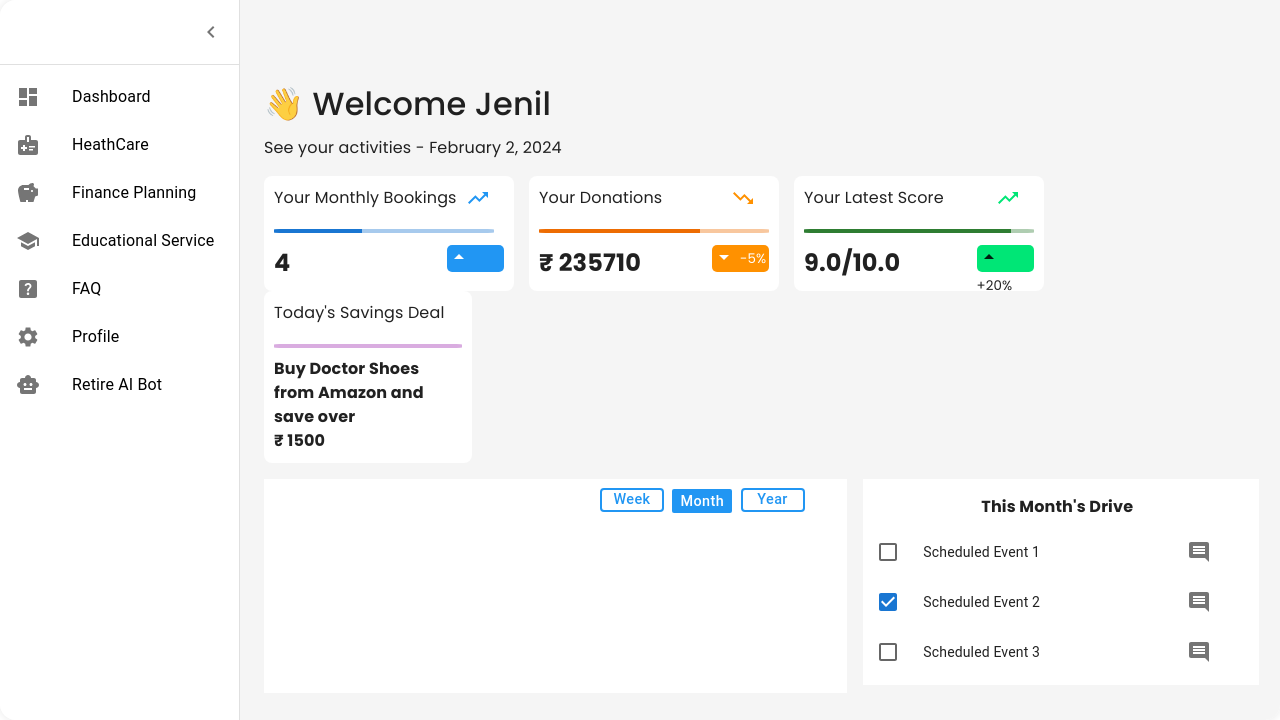
Repository: shubhampirate/Google_Solutions_Edural
Page: /dashboard
The author's editor kept a copy of each file at every save. The page is drawn from the files as they stood at one save, then again after the next save.
The browser window is 1280 px wide. The pictures show the whole page.
The page's requests for data from a server got no answer. The project was rebuilt for these pictures with package versions that can differ from the ones it lists, and the page was loaded fresh each time. Some packages were replaced by stand-ins written for this rebuild. No one was signed in, and anything a server would have sent is missing. Also part of the build but not shown: src/Components/CustomButton.jsx, src/Components/Navbar.jsx, src/Components/Footer.jsx, src/Components/CongratsCard.jsx, src/pages/Hero/Hero.jsx, src/pages/Sign_in.jsx.

Above is the page before, as saved 2024-02-03 17:34:42.

### src/index.js
import React from "react";
import ReactDOM from "react-dom/client";
import "./index.css";
import { GoogleOAuthProvider } from '@react-oauth/google';
import App from "./App";
import { BrowserRouter } from "react-router-dom";
const root = ReactDOM.createRoot(
    document.getElementById("root"));
root.render(
    <BrowserRouter>
<GoogleOAuthProvider clientId="730379698185-cv7a59sok9sod43v04ee6g6pt4gtaea2.apps.googleusercontent.com">
        {/* <React.StrictMode> */}
            <App />
        {/* </React.StrictMode> */}
    </GoogleOAuthProvider>
    </BrowserRouter>

);

### src/App.jsx
import Hero from "./pages/Hero/Hero";
import Dashboard from "./pages/Dashboard/Dashboard";
import SignIn from "./pages/Sign_in";
import {useState} from "react";
import { Route, Routes } from "react-router-dom";
function App() {
  return (
    <>
      {/* <Hero />   */}
      {/* <SignIn /> */}
      <Routes>
        <Route path="/signin" element={<><SignIn /></>} />
        <Route path="/dashboard" element={<><Dashboard /></>} />
        {/* <Route path="/education" element={<><Education /></>} /> */}
        {/* <Route path="/health" element={<><Health /></>} /> */}
        {/* <Route path="/profile" element={<><Profile /></>} /> */}
        {/* <Route path="/finance" element={<><Finance /></>} /> */}
        {/* <Route path="/questions" element={<><Questions /></>} /> */}
        {/* <Route path="/retireaibot" element={<><Bot /></>} /> */}
        <Route path="/" element={<><Hero /></>} />
      </Routes>
         </>
  );
}

export default App;

### src/pages/Dashboard/Dashboard.jsx
import * as React from 'react';
import { styled, createTheme, ThemeProvider } from '@mui/material/styles';
import CssBaseline from '@mui/material/CssBaseline';
import MuiDrawer from '@mui/material/Drawer';
import Box from '@mui/material/Box';
import MuiAppBar from '@mui/material/AppBar';
import Toolbar from '@mui/material/Toolbar';
import {
  LinearProgress, ListItem, CircularProgress, Checkbox, ListItemText, Dialog, DialogActions, DialogContent,
  DialogContentText, DialogTitle, ListItemIcon, ListItemButton
} from '@mui/material';
import TrendingUpIcon from '@mui/icons-material/TrendingUp';
// import { PieChart } from '@mui/x-charts/PieChart';
// import { useDrawingArea } from '@mui/x-charts/hooks';
import TrendingDownIcon from '@mui/icons-material/TrendingDown';
import List from '@mui/material/List';
import Divider from '@mui/material/Divider';
import IconButton from '@mui/material/IconButton';
import ArrowDropUpIcon from '@mui/icons-material/ArrowDropUp';
import ArrowDropDownIcon from '@mui/icons-material/ArrowDropDown';
import Grid from '@mui/material/Grid';
import MenuIcon from '@mui/icons-material/Menu';
import ChevronLeftIcon from '@mui/icons-material/ChevronLeft';
import { mainListItems } from '../../Components/listItems';
import axios from 'axios';
import Button from '@mui/material/Button';
import CommentIcon from '@mui/icons-material/Comment';
import Swal from 'sweetalert2';
import { useState } from 'react';
import { useEffect } from 'react';
// import { Bar } from "react-chartjs-2";
// import { BarElement, CategoryScale, Chart as ChartJS, Legend, LinearScale, Title, Tooltip } from "chart.js";
// import GoogleTranslateComponent from '../../Components/GoogleTranslateComponent';
// import csacc from "../../media/csacc.png"
// import creditscoremodel from "../../media/creditscoremodel.png"
// import creditflow from "../../media/creditflowchart.png"
// ChartJS.register(CategoryScale, LinearScale, BarElement, Title, Tooltip, Legend);

const drawerWidth = 240;

const AppBar = styled(MuiAppBar, {
  shouldForwardProp: (prop) => prop !== 'open',
})(({ theme, open }) => ({
  zIndex: theme.zIndex.drawer + 1,
  transition: theme.transitions.create(['width', 'margin'], {
    easing: theme.transitions.easing.sharp,
    duration: theme.transitions.duration.leavingScreen,
  }),
  ...(open && {
    marginLeft: drawerWidth,
    width: `calc(100% - ${drawerWidth}px)`,
    transition: theme.transitions.create(['width', 'margin'], {
      easing: theme.transitions.easing.sharp,
      duration: theme.transitions.duration.enteringScreen,
    }),
  }),
}));

const Drawer = styled(MuiDrawer, { shouldForwardProp: (prop) => prop !== 'open' })(
  ({ theme, open }) => ({
    '& .MuiDrawer-paper': {
      position: 'relative',
      whiteSpace: 'nowrap',
      width: drawerWidth,
      transition: theme.transitions.create('width', {
        easing: theme.transitions.easing.sharp,
        duration: theme.transitions.duration.enteringScreen,
      }),
      boxSizing: 'border-box',
      ...(!open && {
        overflowX: 'hidden',
        transition: theme.transitions.create('width', {
          easing: theme.transitions.easing.sharp,
          duration: theme.transitions.duration.leavingScreen,
        }),
        width: theme.spacing(7),
        [theme.breakpoints.up('sm')]: {
          width: theme.spacing(9),
        },
      }),
    },
  }),
);

var currentDate = new Date();

var months = [
  "January", "February", "March", "April", "May", "June",
  "July", "August", "September", "October", "November", "December"
];

var formattedDate = months[currentDate.getMonth()] + " " + currentDate.getDate() + ", " + currentDate.getFullYear();

const defaultTheme = createTheme();

export default function Dashboard() {
  const [open, setOpen] = React.useState(true);
  const toggleDrawer = () => {
    setOpen(!open);
  };

  const [expensedata, setExpensedata] = useState([])

  useEffect(() => {
    loadList();
  }, []);


  const loadList = async () => {
    const result = await axios.get(`https://wixstocle.pythonanywhere.com/api/expense/`, {
      headers: { "Authorization": `Token 11c868750d92deda81638c5a9a59177bdc7ae41a` },
    });
    console.log(result.data.data);
    setExpensedata(result.data.data);
  }

  const getLabels = () => expensedata.slice(-5).map(data => data.date);

  const getData = (key) => expensedata.slice(-5).map(data => data[key]);

  const optionsexpense = {
    indexAxis: 'x',
    elements: {
      bar: {
        borderWidth: 0,
      },
    },
    responsive: true,
    interaction: {
      mode: 'index',
      intersect: false,
    },
    scales: {
      x: {
        stacked: false,
      },
      y: {
        stacked: false,
      },
    },
    plugins: {
      legend: {
        position: 'top',
      }
    },
  };

  const dataexpense = {
    labels: getLabels(),
    datasets: [
      {
        label: 'Revenue',
        data: getData('income'),
        backgroundColor: '#2196f3',
      },
      {
        label: 'Spendings',
        data: getData('expense'),
        backgroundColor: '#ff9100',
      },
      {
        label: 'Savings',
        data: getData('savings'),
        backgroundColor: '#00e676',
      },
    ],
  };

  const today = new Date();
  const year = today.getFullYear();
  const month = String(today.getMonth() + 1).padStart(2, '0'); // Months are zero-based
  const day = String(today.getDate()).padStart(2, '0');

  const todayDate = `${year}-${month}-${day}`;

  const [userData, setUserData] = React.useState({
    income: '',
    savings: '',
    expense: '',
    date: todayDate,
    user: "tony@gmail.com"
  });

  const handleChangePlan = (field, value) => {
    setUserData((prevData) => ({ ...prevData, [field]: value }));
  };
  const creditscore = 87.4;

  const handlePostData = () => {
    console.log(userData);
    fetch(`https://wixstocle.pythonanywhere.com/api/expense/`, {
      method: 'POST',
      headers: {
        "Authorization": `Token 11c868750d92deda81638c5a9a59177bdc7ae41a`,
        'Content-Type': 'application/json',
      },
      body: JSON.stringify(userData),
    })
      .then((response) => response.json())
      .then((data) => {
        // console.log(data);
        if (data.status == true) {
          Swal.fire({
            icon: 'success',
            title: 'Successfully Saved the details',
            showConfirmButton: false,
            timer: 3000
          })
          setExpensedata([...expensedata, userData]);
        }
        else {
          Swal.fire({
            icon: 'error',
            title: data.message,
            showConfirmButton: false,
            timer: 3000
          })
        }
      });
  };


//   function PieCenterLabel({ children }) {
//     const { width, height, left, top } = useDrawingArea();
//     return (
//       <StyledText x={left + width / 2} y={top + height / 2}>
//         {children}
//       </StyledText>
//     );
//   }

  const [checked, setChecked] = React.useState([1]);

  const handleToggle = (value) => () => {
    const currentIndex = checked.indexOf(value);
    const newChecked = [...checked];

    if (currentIndex === -1) {
      newChecked.push(value);
    } else {
      newChecked.splice(currentIndex, 1);
    }

    setChecked(newChecked);
  };

//   const [openDia, setOpenDia] = useState(false);
//   const handleClickOpenDia = () => { setOpenDia(true); };
//   const handleCloseDia = () => { setOpenDia(false); };


  return (
    <ThemeProvider theme={defaultTheme}>
      <Box sx={{ display: 'flex', borderRadius: '16px', overflow: 'hidden', boxShadow: '0px 0px 10px rgba(0, 0, 0, 0.1)' }} >
        <CssBaseline />
        <AppBar position="absolute" open={open} sx={{ backgroundColor: "whitesmoke", boxShadow: 'none' }}>
          <Toolbar
            sx={{
              pr: '24px', // keep right padding when drawer closed
              display: 'flex',
              alignItems: 'center',
              justifyContent: 'space-between',
            }}>
            <Box sx={{ display: 'flex', alignItems: 'center' }}>
              <IconButton
                edge="start"
                aria-label="open drawer"
                onClick={toggleDrawer}
                sx={{
                  marginRight: '36px',
                  ...(open && { display: 'none' }),
                  backgroundColor: "#fff"
                }}>
                <MenuIcon />
              </IconButton>
            </Box>
          </Toolbar>
        </AppBar>
        <Drawer variant="permanent" open={open}>
          <Toolbar
            sx={{
              display: 'flex',
              alignItems: 'center',
              justifyContent: 'flex-end',
              px: [1],
            }}
          >
            {/* <GoogleTranslateComponent /> */}
            <IconButton onClick={toggleDrawer}>
              <ChevronLeftIcon />
            </IconButton>
          </Toolbar>
          <Divider />
          <List component="nav">
            {mainListItems}
          </List>
        </Drawer>
        <Box
          component="main"
          sx={{
            backgroundColor: (theme) =>
              theme.palette.mode === 'light'
                ? theme.palette.grey[100]
                : theme.palette.grey[900],
            flexGrow: 1,
            height: '100vh',
            overflow: 'auto',
          }}>
          <Toolbar />
          <Grid container spacing={2} marginTop="0.02rem" paddingLeft={3} paddingRight={2}>
            <Grid item xs={12}>
              <div style={{ fontSize: "2rem", fontWeight: "500" }}>👋 Welcome Jenil</div>
            </Grid>
            <Grid item xs={12} marginTop="-0.5rem">
              <div>See your activities - {formattedDate} </div>
            </Grid>
          </Grid>
          <Grid container spacing={2} marginTop="1rem" paddingLeft={5} paddingRight={2}>
            <Grid item xs={12} md={3} style={{ backgroundColor: "white", padding: "10px", marginRight: "15px", borderRadius: "0.5rem" }}>
              <Grid item xs={12}>
                <Grid container>
                  <Grid item xs={10}><div>Your Monthly Bookings</div></Grid>
                  <Grid item xs={2}><TrendingUpIcon sx={{ color: "#2196f3" }} /></Grid>
                </Grid>
                <Grid item xs={12}>
                  <LinearProgress variant="determinate" value={40} sx={{ color: "#2196f3", borderRadius: "10%", margin: "12px 10px 12px 0px" }} />
                </Grid>
                <Grid item xs={12}>
                  <Grid container>
                    <Grid item xs={9}>
                       <div style={{ fontSize: "1.5rem", fontWeight: "550" }}> 4</div>
                    </Grid>
                    <Grid item xs={3} style={{ backgroundColor: "#2196f3", color: "white", borderRadius: "5px", height: "1.65rem" }}>
                      <ArrowDropUpIcon /> <sup>+10%</sup>
                    </Grid>
                  </Grid>
                </Grid>
              </Grid>
            </Grid>
            <Grid item xs={12} md={3} style={{ backgroundColor: "white", padding: "10px", marginRight: "15px", borderRadius: "0.5rem" }}>
              <Grid item xs={12}>
                <Grid container>
                  <Grid item xs={10}><div>Your Donations</div></Grid>
                  <Grid item xs={2}><TrendingDownIcon sx={{ color: "#ff9100" }} /></Grid>
                </Grid>
                <Grid item xs={12}>
                  <LinearProgress variant="determinate" value={70} color='warning' sx={{ borderRadius: "10%", margin: "12px 0px" }} />
                </Grid>
                <Grid item xs={12}>
                  <Grid container>
                    <Grid item xs={9}>
                   <div style={{ fontSize: "1.5rem", fontWeight: "550" }}>₹ 235710</div>
                    </Grid>
                    <Grid item xs={3} style={{ backgroundColor: "#ff9100", color: "white", borderRadius: "5px", height: "1.65rem" }}>
                      <ArrowDropDownIcon /> <sup>-5%</sup>
                    </Grid>
                  </Grid>
                </Grid>
              </Grid>
            </Grid>
            <Grid item xs={12} md={3} style={{ backgroundColor: "white", padding: "10px", marginRight: "15px", borderRadius: "0.5rem" }}>
              <Grid item xs={12}>
                <Grid container>
                  <Grid item xs={10}><div>Your Latest Score</div></Grid>
                  <Grid item xs={2}><TrendingUpIcon sx={{ color: "#00e676" }} /></Grid>
                </Grid>
                <Grid item xs={12}>
                  <LinearProgress variant="determinate" value={90} color="success" style={{ borderRadius: "10%", margin: "12px 0px" }} />
                </Grid>
                <Grid item xs={12}>
                  <Grid container>
                    <Grid item xs={9}>
 <div style={{ fontSize: "1.5rem", fontWeight: "550" }}> 9.0/10.0</div>
                    </Grid>
                    <Grid item xs={3} style={{ backgroundColor: "#00e676", borderRadius: "5px", height: "1.65rem" }}>
                      <ArrowDropUpIcon /> <sup>+20%</sup>
                    </Grid>
                  </Grid>
                </Grid>
              </Grid>
            </Grid>
            <Grid item xs={12} md={2.5} style={{ backgroundColor: "white", padding: "10px", borderRadius: "0.5rem" }}>
              <Grid container spacing={2}>
                <Grid item xs={12}>Today's Savings Deal</Grid>
                <Grid item xs={12}>
                  <LinearProgress variant="determinate" value={0} color='secondary' sx={{ borderRadius: "10%", margin: "3px 0px" }} />
                </Grid>
                <Grid item xs={12} sx={{ fontWeight: "550", marginTop: "-10px" }}>Buy Doctor Shoes from Amazon and save over <br />₹ 1500</Grid>
              </Grid>
            </Grid>
          </Grid>
          <Grid container spacing={2} marginTop="1rem" paddingLeft={5} paddingRight={2} marginBottom={2}>
            <Grid item xs={7} sx={{ backgroundColor: "white", padding: "5px", marginRight: "1rem" }}>
              <Grid container spacing={2} padding={1}>
                <Grid xs={7}></Grid>
                <Grid xs={1.5}><Button style={{
                  borderColor: "#2196f3", color: "#2196f3", height: "1.5rem", textTransform: "capitalize",
                  fontSize: "0.9rem", border: "2px solid", textAlign: "left"
                }}>Week</Button></Grid>
                <Grid xs={1.5}><Button style={{
                  backgroundColor: "#2196f3", color: "white", height: "1.75rem", textTransform: "capitalize",
                  fontSize: "0.9rem", border: "2px solid", textAlign: "left"
                }}>Month</Button></Grid>
                <Grid xs={1}><Button style={{
                  borderColor: "#2196f3", color: "#2196f3", height: "1.5rem", textTransform: "capitalize",
                  fontSize: "0.9rem", border: "2px solid", textAlign: "left"
                }}>Year</Button></Grid>
                <Grid xs={12} marginTop={2}>
                  {/* <Bar options={optionsexpense} data={dataexpense} /> */}
                </Grid>
              </Grid>
            </Grid>
            <Grid item xs={4.75} >
              <Grid container spacing={2} >

                <Grid item xs={12}>
                  <Grid container spacing={2} sx={{ backgroundColor: "white", marginBottom: "0.5rem" }}>
                    <Grid item xs={12} style={{ textAlign: "center", marginLeft: "-0.75rem", fontWeight: "600" }}>This Month's Drive</Grid>
                    <List sx={{ width: '100%', maxWidth: 360, bgcolor: 'background.paper' }}>
                      {[0, 1, 2].map((value) => {
                        const labelId = `checkbox-list-label-${value}`;
                        return (
                          <ListItem
                            key={value}
                            secondaryAction={
                              <IconButton edge="end" aria-label="comments">
                                <CommentIcon />
                              </IconButton>
                            }
                            disablePadding
                          >
                            <ListItemButton role={undefined} onClick={handleToggle(value)} dense>
                              <ListItemIcon>
                                <Checkbox
                                  edge="start"
                                  checked={checked.indexOf(value) !== -1}
                                  tabIndex={-1}
                                  disableRipple
                                  inputProps={{ 'aria-labelledby': labelId }}
                                />
                              </ListItemIcon>
                              <ListItemText id={labelId} style={{ marginLeft: "-0.75rem" }} primary={`Scheduled Event ${value + 1}`} />
                            </ListItemButton>
                          </ListItem>
                        );
                      })}
                    </List>
                  </Grid>
                </Grid>
              </Grid>
            </Grid>
          </Grid>

        </Box>
      </Box >
    </ThemeProvider >
  );
}

### src/Components/listItems.jsx
import * as React from 'react';
import ListItemButton from '@mui/material/ListItemButton';
import ListItemIcon from '@mui/material/ListItemIcon';
import ListItemText from '@mui/material/ListItemText';
import DashboardIcon from '@mui/icons-material/Dashboard';
import MedicalInformationIcon from '@mui/icons-material/MedicalInformation';
import SavingsIcon from '@mui/icons-material/Savings';
import SchoolIcon from '@mui/icons-material/School';
import HelpCenterIcon from '@mui/icons-material/HelpCenter';
import SettingsIcon from '@mui/icons-material/Settings';
import SmartToyIcon from '@mui/icons-material/SmartToy';
import { Link } from 'react-router-dom';
// import GoogleTranslateComponent from './GoogleTranslateComponent';


export const mainListItems = (
  <>
    <React.Fragment>
      <Link to="/dashboard" style={{ textDecoration: "none", color: "black" }}>
        <ListItemButton>
          <ListItemIcon>
            <DashboardIcon />
          </ListItemIcon>
          <ListItemText primary="Dashboard" />
        </ListItemButton>
      </Link>
      <Link to="/health" style={{ textDecoration: "none", color: "black" }}>
        <ListItemButton>
          <ListItemIcon>
            <MedicalInformationIcon />
          </ListItemIcon>
          <ListItemText primary="HeathCare" />
        </ListItemButton>
      </Link>
      <Link to="/finance" style={{ textDecoration: "none", color: "black" }}>
        <ListItemButton>
          <ListItemIcon>
            <SavingsIcon />
          </ListItemIcon>
          <ListItemText primary="Finance Planning" />
        </ListItemButton>
      </Link>
      <Link to="/education" style={{ textDecoration: "none", color: "black" }}>
        <ListItemButton>
          <ListItemIcon>
            <SchoolIcon />
          </ListItemIcon>
          <ListItemText primary="Educational Service" />
        </ListItemButton>
      </Link>
      <Link to="/questions" style={{ textDecoration: "none", color: "black" }}>
        <ListItemButton>
          <ListItemIcon>
            <HelpCenterIcon />
          </ListItemIcon>
          <ListItemText primary="FAQ" />
        </ListItemButton>
      </Link>
      <Link to="/profile" style={{ textDecoration: "none", color: "black" }}>
        <ListItemButton>
          <ListItemIcon>
            <SettingsIcon />
          </ListItemIcon>
          <ListItemText primary="Profile" />
        </ListItemButton>
      </Link>
      <Link to="/retireaibot" style={{ textDecoration: "none", color: "black" }}>
        <ListItemButton>
          <ListItemIcon>
            <SmartToyIcon />
          </ListItemIcon>
          <ListItemText primary="Retire AI Bot" />
        </ListItemButton>
      </Link>
    </React.Fragment >
  </>
);

// export const secondaryListItems = (
//   <React.Fragment>
//     <ListSubheader component="div" inset>
//       Saved reports
//     </ListSubheader>
//     <ListItemButton>
//       <ListItemIcon>
//         <AssignmentIcon />
//       </ListItemIcon>
//       <ListItemText primary="Current month" />
//     </ListItemButton>
//     <ListItemButton>
//       <ListItemIcon>
//         <AssignmentIcon />
//       </ListItemIcon>
//       <ListItemText primary="Last quarter" />
//     </ListItemButton>
//     <ListItemButton>
//       <ListItemIcon>
//         <AssignmentIcon />
//       </ListItemIcon>
//       <ListItemText primary="Year-end sale" />
//     </ListItemButton>
//   </React.Fragment>
// );

Loaded but not shown: public/index.html (common file); src/index.css (common file)

After the next save:
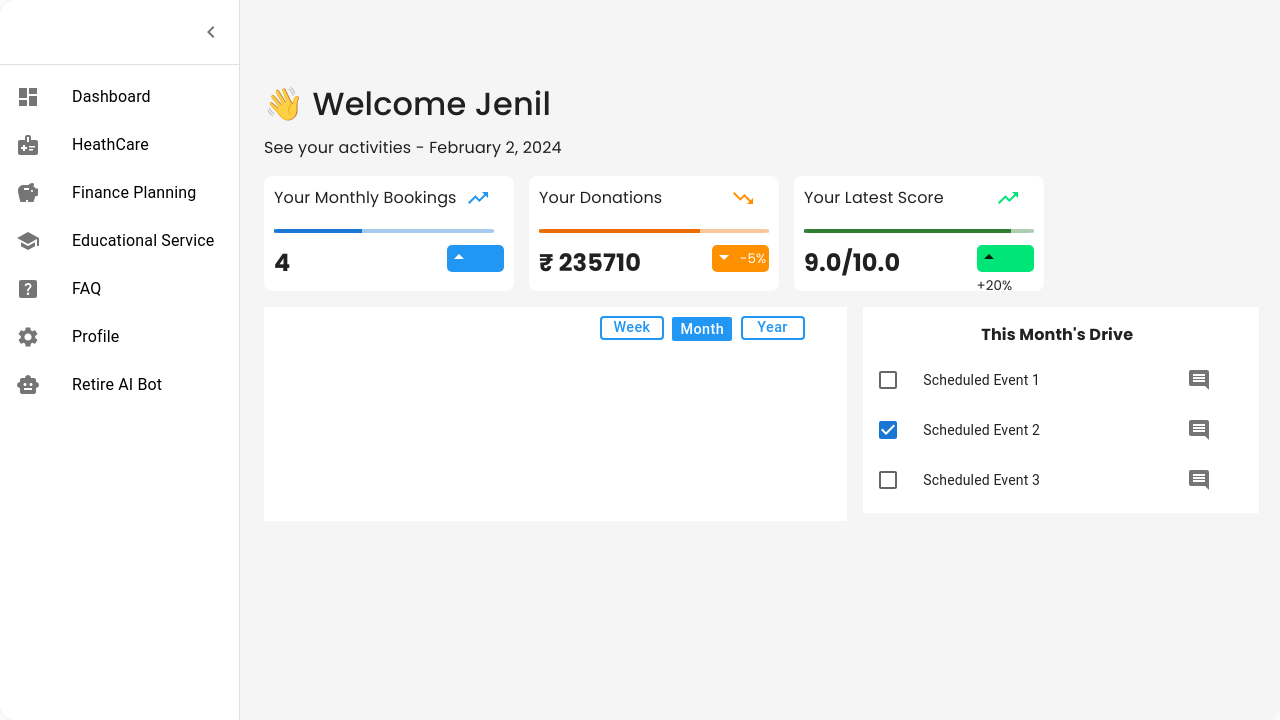
Saved 2 min 0 s later.
--- a/src/pages/Dashboard/Dashboard.jsx
+++ b/src/pages/Dashboard/Dashboard.jsx
@@ -379,15 +379,15 @@ export default function Dashboard() {
                 </Grid>
               </Grid>
             </Grid>
-            <Grid item xs={12} md={2.5} style={{ backgroundColor: "white", padding: "10px", borderRadius: "0.5rem" }}>
-              <Grid container spacing={2}>
-                <Grid item xs={12}>Today's Savings Deal</Grid>
-                <Grid item xs={12}>
+            {/* <Grid item xs={12} md={2.5} style={{ backgroundColor: "white", padding: "10px", borderRadius: "0.5rem" }}> */}
+              {/* <Grid container spacing={2}> */}
+                {/* <Grid item xs={12}>Today's Savings Deal</Grid> */}
+                {/* <Grid item xs={12}>
                   <LinearProgress variant="determinate" value={0} color='secondary' sx={{ borderRadius: "10%", margin: "3px 0px" }} />
-                </Grid>
-                <Grid item xs={12} sx={{ fontWeight: "550", marginTop: "-10px" }}>Buy Doctor Shoes from Amazon and save over <br />₹ 1500</Grid>
-              </Grid>
-            </Grid>
+                </Grid> */}
+                {/* <Grid item xs={12} sx={{ fontWeight: "550", marginTop: "-10px" }}>Buy Doctor Shoes from Amazon and save over <br />₹ 1500</Grid> */}
+              {/* </Grid> */}
+            {/* </Grid> */}
           </Grid>
           <Grid container spacing={2} marginTop="1rem" paddingLeft={5} paddingRight={2} marginBottom={2}>
             <Grid item xs={7} sx={{ backgroundColor: "white", padding: "5px", marginRight: "1rem" }}>
